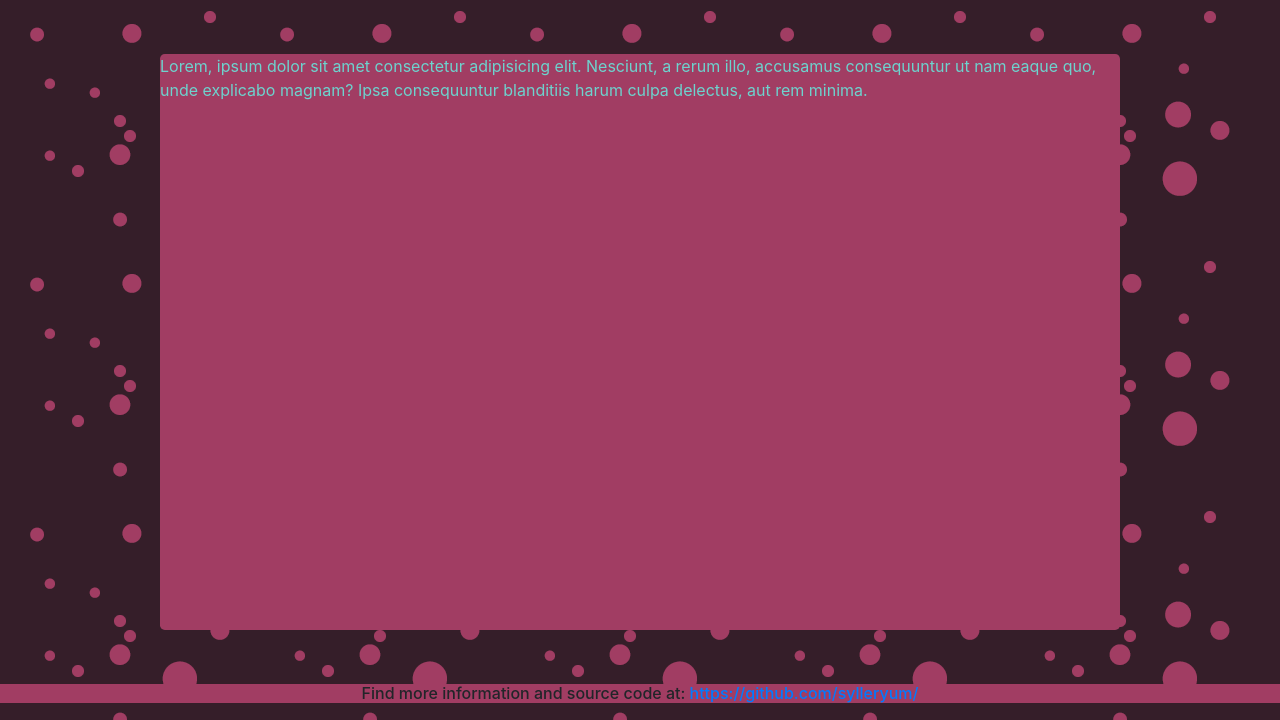
Repository: sylleryum/Frontend
Page: GetTopTracks/index.html
An editor plug-in stored every save of this project. The page is shown before and after a run of saves, followed by the edit.
The browser window is 1280 px wide. The pictures show the whole page.

Above is the page before, as saved 2019-10-13 15:05:11.

After the next 2 saves:
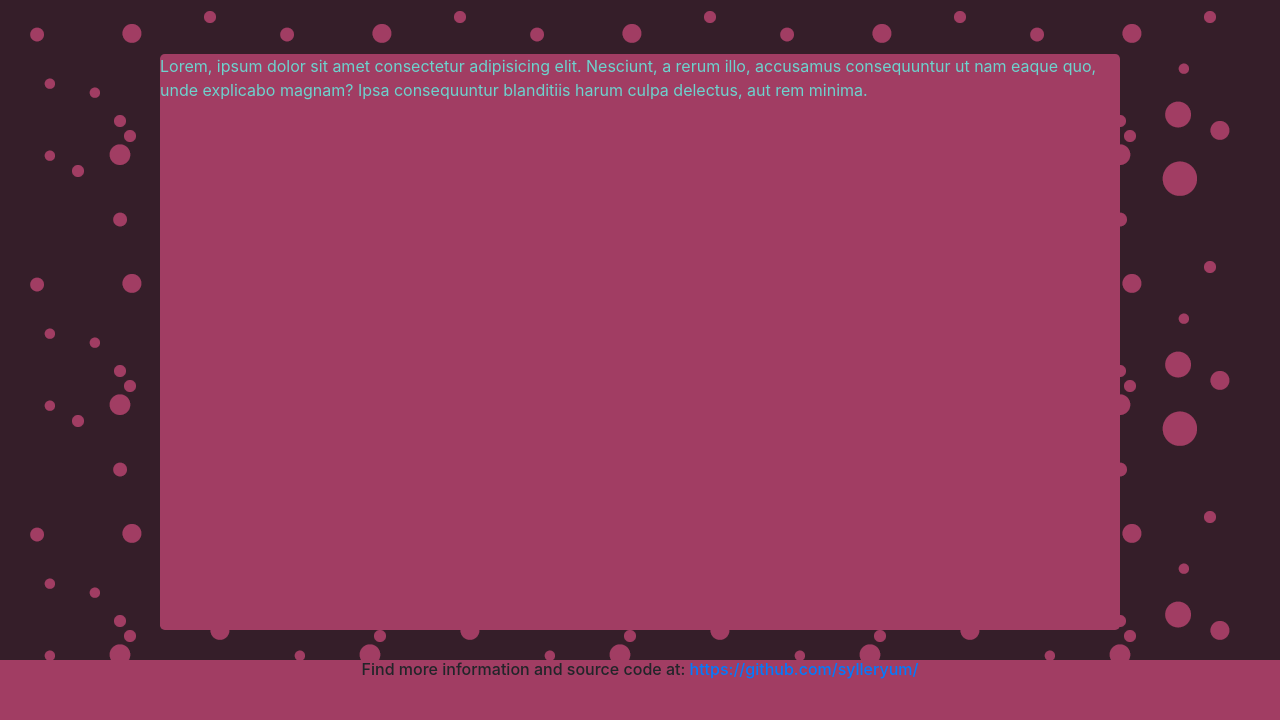
The 2 saves are shown as one change because they came seconds apart.
The last was saved 10 s later.
--- a/GetTopTracks/style.css
+++ b/GetTopTracks/style.css
@@ -1,5 +1,9 @@
-.test{
-     margin-bottom: 0;
+.footer-clear{
+     width: 100%;
+    height: 60px;
+    background-color: #f5f5f5;
+    bottom: 0px;
+    position: absolute;
 }
 
 .background-master{
